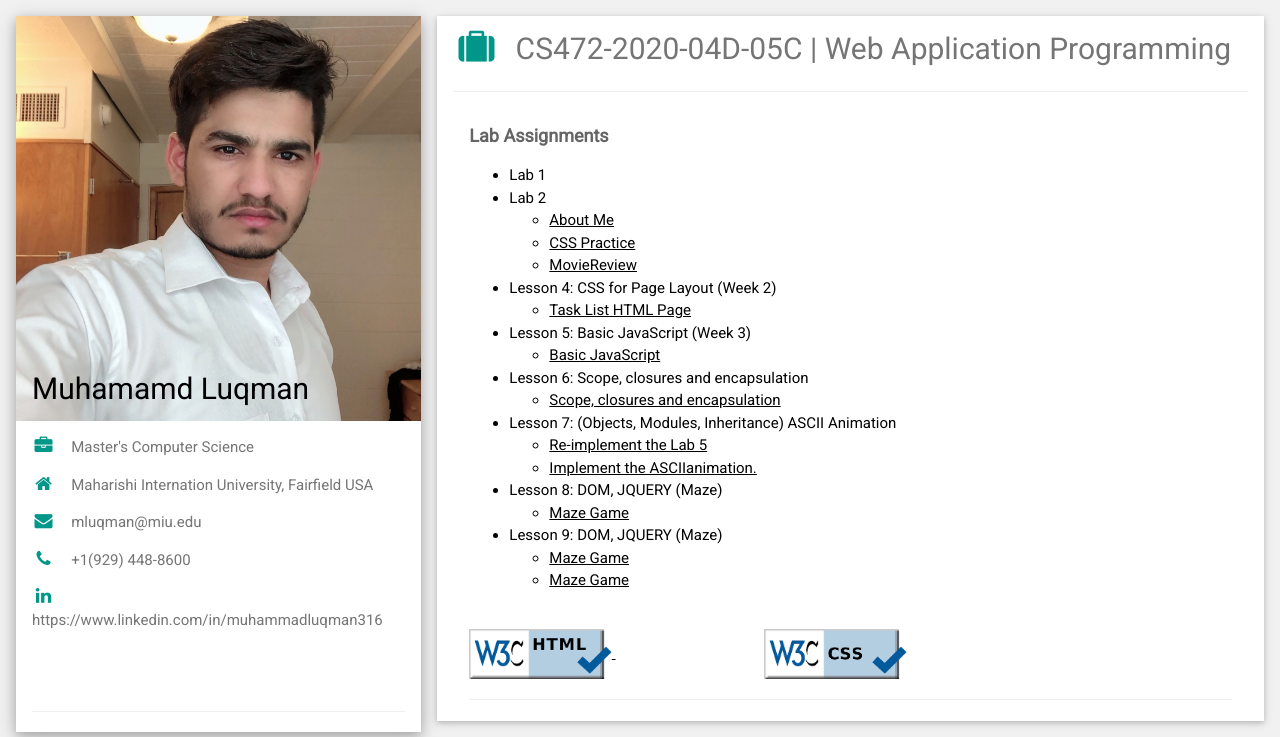
Repository: luqmang316/luqmang316.github.io
Page: index.html
An editor plug-in stored every save of this project. The page is shown before and after the next save, followed by the edit.
The browser window is 1280 px wide. The pictures show the whole page.

Above is the page before, as saved 2021-08-08 13:28:57.

### index.html
<!DOCTYPE html>
<html lang="en">
<title>Home</title>
<meta charset="UTF-8">
<meta name="viewport" content="width=device-width, initial-scale=1">
<link rel="stylesheet" href="https://www.w3schools.com/w3css/4/w3.css">
<link rel='stylesheet' href='https://fonts.googleapis.com/css?family=Roboto'>
<link rel="stylesheet" href="https://cdnjs.cloudflare.com/ajax/libs/font-awesome/4.7.0/css/font-awesome.min.css">
<style>
    html,
    body,
    h1,
    h2,
    h3,
    h4,
    h5,
    h6 {
        font-family: "Roboto", sans-serif
    }
</style>

<body class="w3-light-grey">

    <!-- Page Container -->
    <div class="w3-content w3-margin-top" style="max-width:1400px;">

        <!-- The Grid -->
        <div class="w3-row-padding">

            <!-- Left Column -->
            <div class="w3-third">

                <div class="w3-white w3-text-grey w3-card-4">
                    <div class="w3-display-container">
                        <img src="./images/luqman.jpg" style="width:100%" alt="Avatar">
                        <div class="w3-display-bottomleft w3-container w3-text-black">
                            <h2>Muhamamd Luqman</h2>
                        </div>

                    </div>
                    <div class="w3-container">
                        <p><i class="fa fa-briefcase fa-fw w3-margin-right w3-large w3-text-teal"></i>Master's Computer Science</p>
                        <p><i class="fa fa-home fa-fw w3-margin-right w3-large w3-text-teal"></i>Maharishi Internation University, Fairfield USA</p>
                        <p><i class="fa fa-envelope fa-fw w3-margin-right w3-large w3-text-teal"></i>mluqman@miu.edu</p>
                        <p><i class="fa fa-phone fa-fw w3-margin-right w3-large w3-text-teal"></i>+1(929) 448-8600</p>
                        <p><i class="fa fa-linkedin fa-fw w3-margin-right w3-large w3-text-teal"></i>https://www.linkedin.com/in/muhammadluqman316</p>
                        <br>
                        <br>
                        <hr>
                    </div>
                </div>

                <!-- End Left Column -->
            </div>

            <!-- Right Column -->
            <div class="w3-twothird">

                <div class="w3-container w3-card w3-white w3-margin-bottom">
                    <h2 class="w3-text-grey w3-padding-12"><i class="fa fa-suitcase fa-fw w3-margin-right w3-xxlarge w3-text-teal"></i>CS472-2020-04D-05C | Web Application Programming</h2>
                    <hr>

                    <div class="w3-container">
                        <h5 class="w3-opacity"><b>Lab Assignments</b></h5>

                        <ul class="menu">
                            <li> Lab 1 </li>
                            <li> Lab 2
                                <ul class="inside">
                                    <li> <a href="aboutme.html">About Me</a></li>
                                    <li> <a href="CSSPractice/index.html">CSS Practice</a></li>
                                    <li> <a href="MovieReview/tmnt.html">MovieReview </a></li>
                                </ul>
                            </li>
                            <li>Lesson 4: CSS for Page Layout (Week 2)

                                <ul class="inside">
                                    <li> <a href="Tasklist/tasklist.html">Task List HTML Page</a></li>
                                </ul>
                            </li>
                            <li>Lesson 5: Basic JavaScript (Week 3)
                                <ul class="inside">
                                    <li> <a href="BasicJavaScript/BasicJavaScript.html">Basic JavaScript</a></li>
                                </ul>
                            </li>

                            <li>Lesson 6: Scope, closures and encapsulation
                                <ul class="inside">
                                    <li> <a href="ScopeClosuresEncapsulation/ScopeClosuresEncapsulation.html">Scope, closures and encapsulation</a></li>
                                </ul>

                            </li>

                            <li>Lesson 7: (Objects, Modules, Inheritance) ASCII Animation
                                <ul class="inside">
                                    <li> <a href="ReImplementLab5/ReImplementLab5.html">Re-implement the Lab 5</a></li>
                                    <li> <a href="ASCIImation_files/ASCIImation.html">Implement the ASCIIanimation.</a></li>
                                </ul>

                            </li>

                            <li>Lesson 8: DOM, JQUERY (Maze)
                                <ul class="inside">
                                    <li> <a href="MazeGame/Maze.html">Maze Game</a></li>
                                </ul>

                            </li>

                            <li>Lesson 9: DOM, JQUERY (Maze)
                                <ul class="inside">
                                    <li> <a href="MazeGame/Maze.html">Maze Game</a></li>
                                    <li> <a href="MazeGame/Maze.html">Maze Game</a></li>
                                </ul>

                            </li>

                        </ul>
                        <br>

                        <i class="w3-hover-opacity">
            <a href="https://validator.w3.org/check/referer">
              <img src="./images/w3chtmlvalidlogo.png" alt="W3C HTML Validator" height="50">
            </a>
            </i>
                        <i> &nbsp; &nbsp; &nbsp; &nbsp; &nbsp; &nbsp; &nbsp; &nbsp; &nbsp; &nbsp;   &nbsp; &nbsp; &nbsp; &nbsp; &nbsp; &nbsp; &nbsp; &nbsp; &nbsp; &nbsp; </i>
                        <i class="w3-hover-opacity">
            <a href="https://jigsaw.w3.org/css-validator/check/referer">
              <img src="./images/w3ccssvalidlogo.png" alt="W3C HTML Validator" height="50">
            </a>
           </i>
                        <br>
                        <hr>
                    </div>

                </div>

                <!-- End Right Column -->
            </div>

            <!-- End Grid -->
        </div>

        <!-- End Page Container -->
    </div>


</body>

</html>

After the next save:
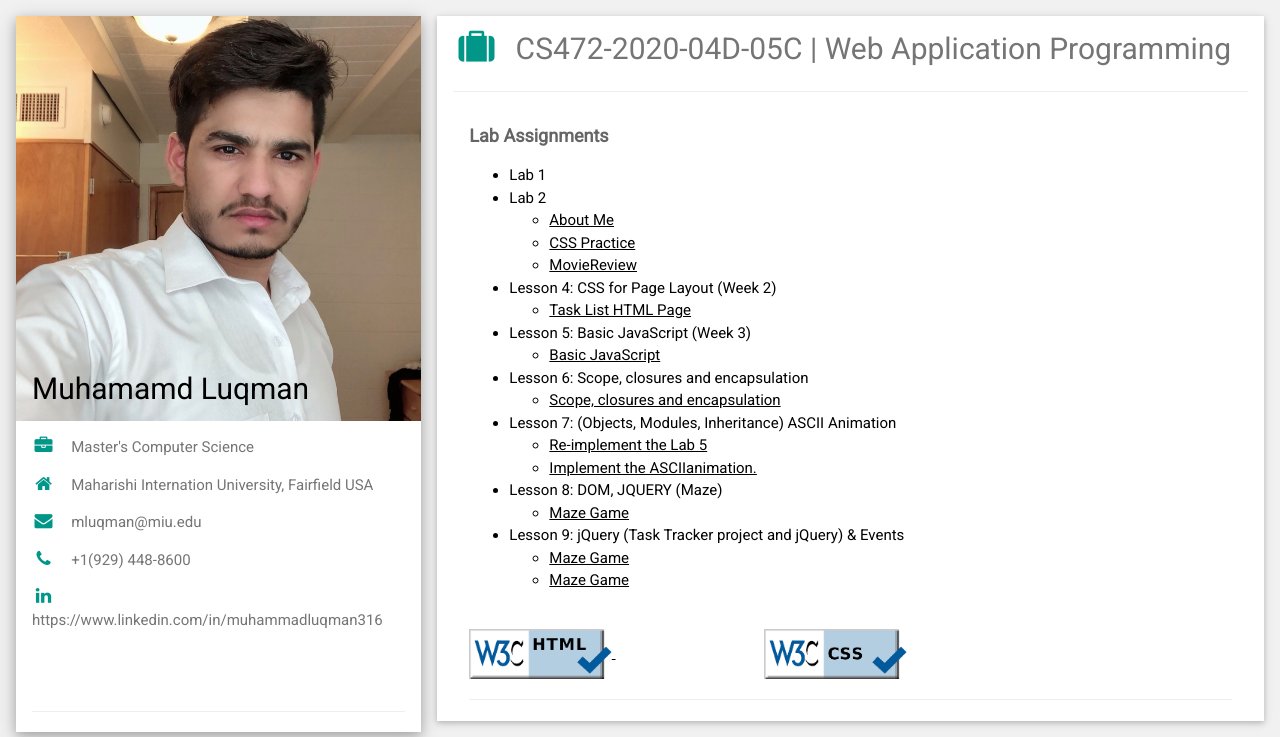
Saved 115 s later.
--- a/index.html
+++ b/index.html
@@ -106,7 +106,7 @@
 
                             </li>
 
-                            <li>Lesson 9: DOM, JQUERY (Maze)
+                            <li>Lesson 9: jQuery (Task Tracker project and jQuery) & Events
                                 <ul class="inside">
                                     <li> <a href="MazeGame/Maze.html">Maze Game</a></li>
                                     <li> <a href="MazeGame/Maze.html">Maze Game</a></li>
